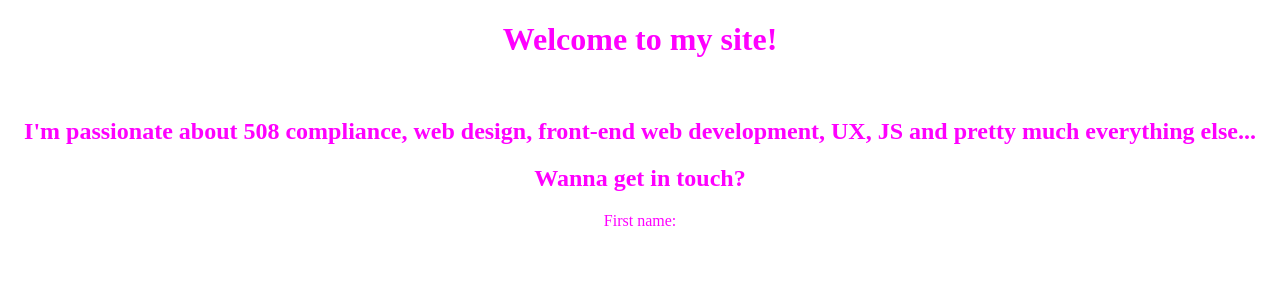
Repository: jasvr/jasvr.io
Page: index.html
These files come from the project's save history. The page is drawn as it stood at one moment and after a run of saves; the edit follows.
The browser window is 1280 px wide. The pictures show the whole page.

Above is the page before, as saved 2020-01-09 19:33:13.

### index.html
<!DOCTYPE html>
<html lang="en">
<head>
    <meta charset="UTF-8">
    <meta name="viewport" content="width=device-width, initial-scale=1.0">
    <meta http-equiv="X-UA-Compatible" content="ie=edge">
    <title>Jasmin Vargas</title>
    <link href="style.css" type="text/css" rel="stylesheet">
</head>
<body>
    <h1>Welcome to my site!</h1>
    <br>
    <h2>I'm passionate about 508 compliance, web design, front-end web development, UX, JS and pretty much everything else...</h2>

    <h2>Wanna get in touch?</h2>
    <form>
        <p>First name:
    </form>
</body>
</html>

### style.css
body{
color:magenta;
text-align:center;
}

After the next 8 saves:
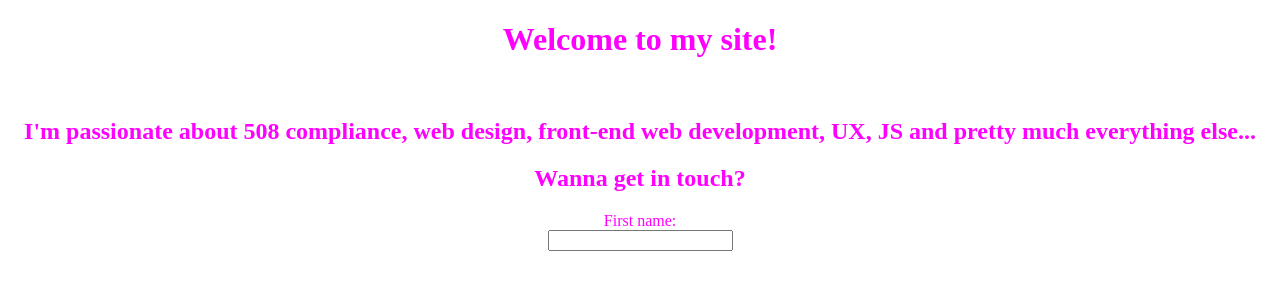
The 8 saves are shown as one change because they came seconds apart.
The last was saved 4 min 0 s later.
--- a/index.html
+++ b/index.html
@@ -14,7 +14,8 @@
 
     <h2>Wanna get in touch?</h2>
     <form>
-        <p>First name:
+        First name:<br>
+        <input type="text"
     </form>
 </body>
 </html>
